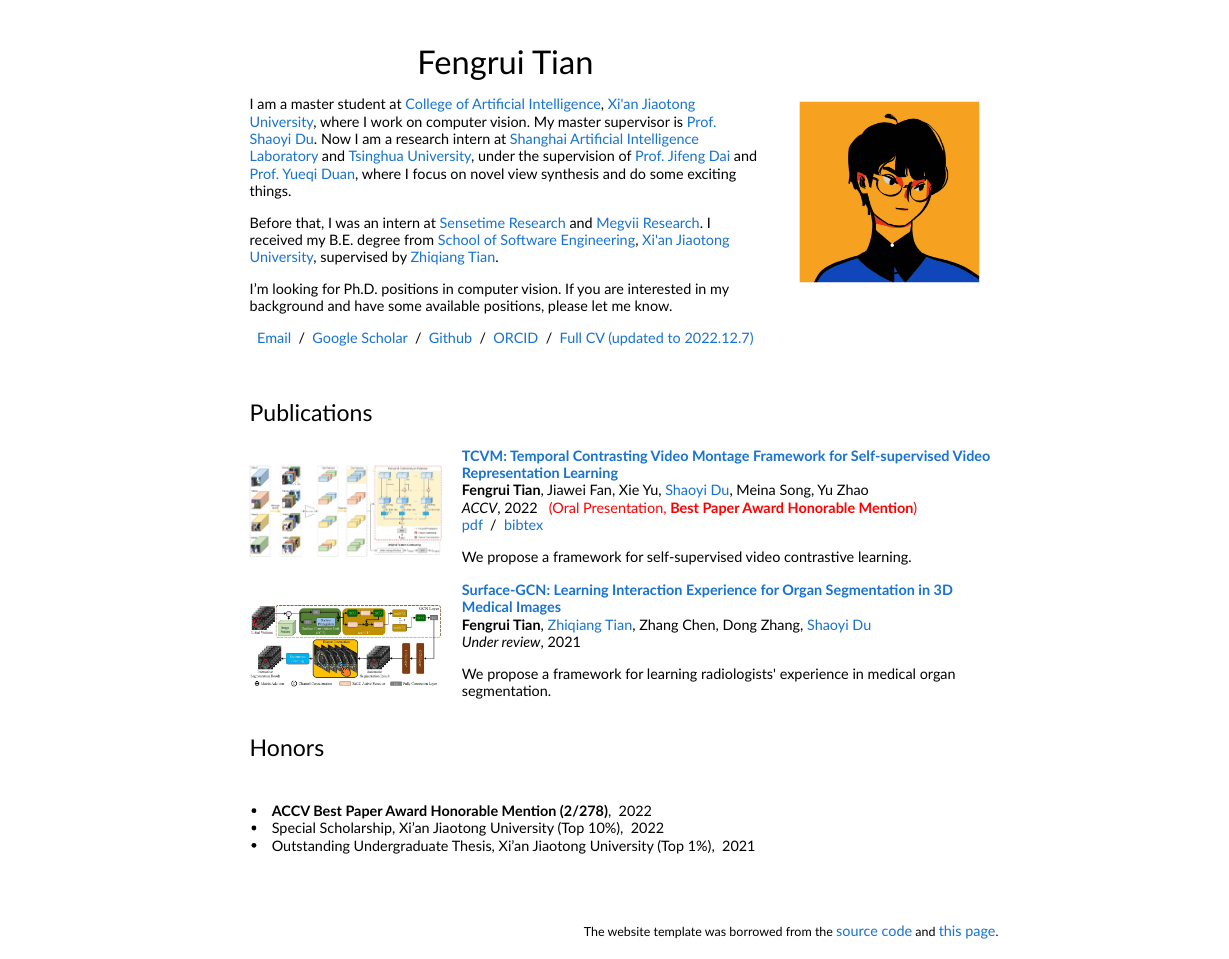
Repository: tianfr/tianfr.github.io
Page: index.html
The author's editor kept a copy of each file at every save. The page is drawn from the files as they stood at one save, then again after the next save.
The browser window is 1280 px wide. The pictures show the whole page, at 96% of full size.

Above is the page before, as saved 2022-12-08 23:42:40.

After the next save:
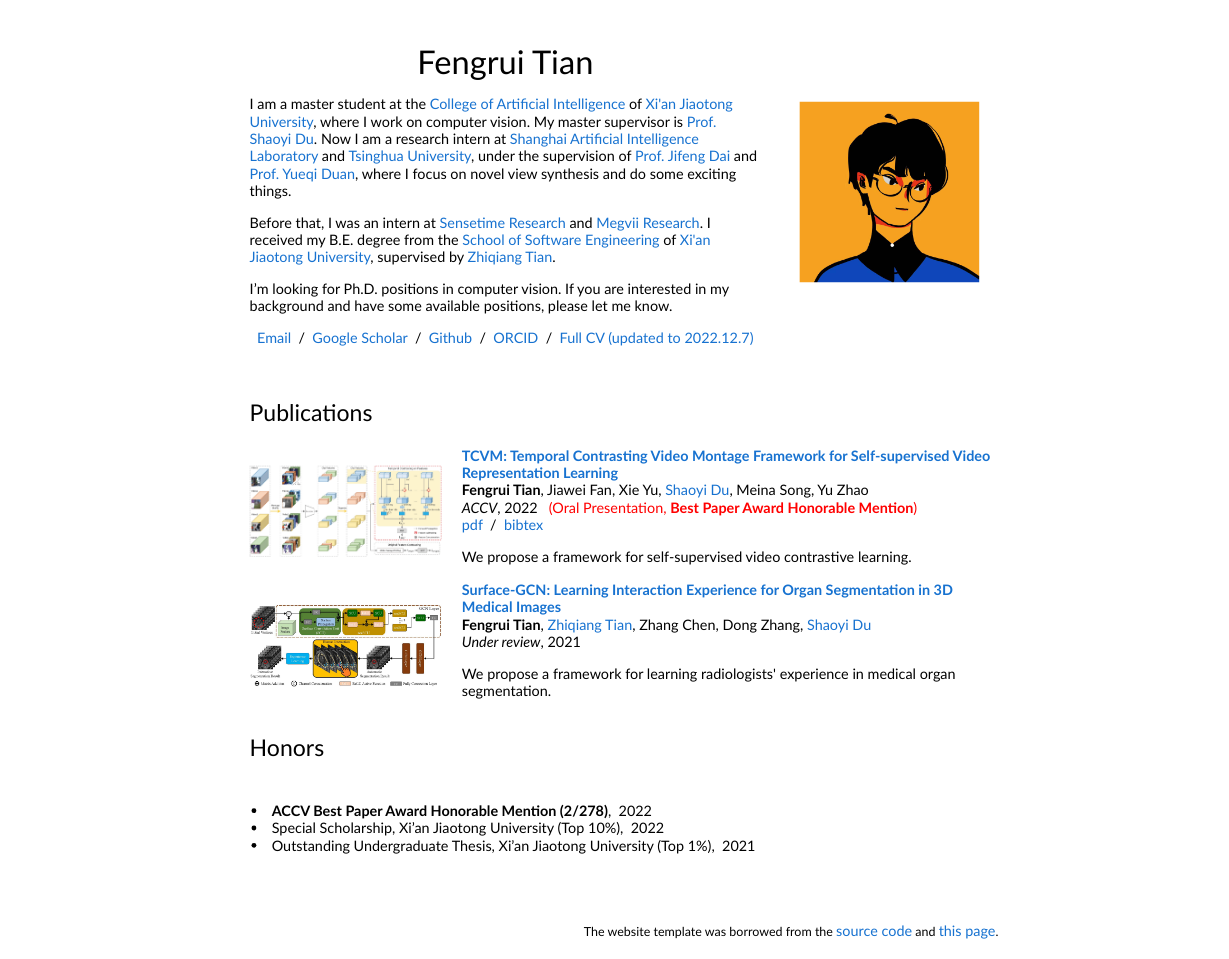
Saved 47 h 22 min later.
--- a/index.html
+++ b/index.html
@@ -23,10 +23,10 @@
                   <!-- <font face="KaiTi" size="6">田丰瑞</font> -->
                 </name>
               </p>
-              <p>I am a master student at <a href="http://iair.xjtu.edu.cn/">College of Artificial Intelligence</a>, <a href="http://www.xjtu.edu.cn/">Xi'an Jiaotong University</a>, where I work on computer vision. My master supervisor is <a href="https://gr.xjtu.edu.cn/en/web/dushaoyi/home">Prof. Shaoyi Du</a>. Now I am a research intern at <a href="https://www.shlab.org.cn/">Shanghai Artificial Intelligence Laboratory</a> and <a href="https://www.tsinghua.edu.cn/">Tsinghua University</a>, under the supervision of <a href="https://jifengdai.org/">Prof. Jifeng Dai</a> and  <a href="https://duanyueqi.github.io/">Prof. Yueqi Duan</a>, where I focus on novel view synthesis and do some exciting things.
+              <p>I am a master student at the <a href="http://iair.xjtu.edu.cn/">College of Artificial Intelligence</a> of <a href="http://www.xjtu.edu.cn/">Xi'an Jiaotong University</a>, where I work on computer vision. My master supervisor is <a href="https://gr.xjtu.edu.cn/en/web/dushaoyi/home">Prof. Shaoyi Du</a>. Now I am a research intern at <a href="https://www.shlab.org.cn/">Shanghai Artificial Intelligence Laboratory</a> and <a href="https://www.tsinghua.edu.cn/">Tsinghua University</a>, under the supervision of <a href="https://jifengdai.org/">Prof. Jifeng Dai</a> and  <a href="https://duanyueqi.github.io/">Prof. Yueqi Duan</a>, where I focus on novel view synthesis and do some exciting things.
               </p>
               <p> Before that, I was an intern at <a href="https://www.sensetime.com/">Sensetime Research</a> and
-                <a href="https://www.megvii.com/">Megvii Research</a>. I received my B.E. degree from  <a href="https://blog.google/products/google-ar-vr/introducing-next-generation-jump/">School of Software Engineering</a>, <a href="http://www.xjtu.edu.cn/">Xi'an Jiaotong University</a>, supervised by <a href="https://gr.xjtu.edu.cn/en/web/zhiqiangtian/home">Zhiqiang Tian</a>.
+                <a href="https://www.megvii.com/">Megvii Research</a>. I received my B.E. degree from  the <a href="https://blog.google/products/google-ar-vr/introducing-next-generation-jump/">School of Software Engineering</a> of <a href="http://www.xjtu.edu.cn/">Xi'an Jiaotong University</a>, supervised by <a href="https://gr.xjtu.edu.cn/en/web/zhiqiangtian/home">Zhiqiang Tian</a>.
               </p>
               <p>  I’m looking for Ph.D. positions in computer vision. If you are interested in my background and have some available positions, please let me know.
               </p>
